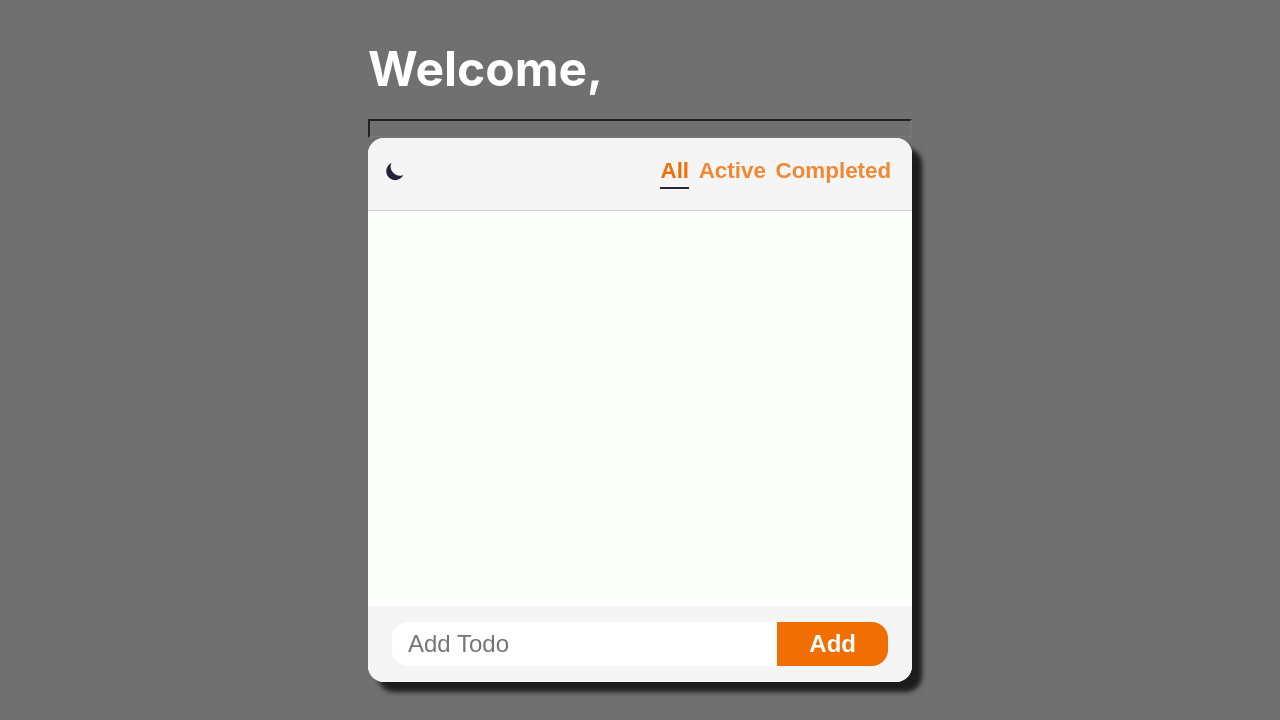
Repository: MrJinkyu/TodoList
Page: /
An editor plug-in stored every save of this project. The page is shown before and after the next save, followed by the edit.
The browser window is 1280 px wide. The pictures show the whole page.
The project was rebuilt for these pictures with package versions that can differ from the ones it lists, and the page was loaded fresh each time. Also part of the build but not shown: src/components/Todo.module.css, src/components/Todo.jsx.

Above is the page before, as saved 2023-05-01 16:12:40.

### src/index.js
import React from 'react';
import ReactDOM from 'react-dom/client';
import './index.css';
import App from './App';
import reportWebVitals from './reportWebVitals';
import Greeting from './components/Greeting';

const root = ReactDOM.createRoot(document.getElementById('root'));
root.render(
  <React.StrictMode>
    <Greeting/>
    <App />
  </React.StrictMode>
);

// If you want to start measuring performance in your app, pass a function
// to log results (for example: reportWebVitals(console.log))
// or send to an analytics endpoint. Learn more: https://bit.ly/CRA-vitals
reportWebVitals();

### src/index.css
:root{
  --color-body: #6f706f;
  --color-bg-dark:#f5f5f5;
  --color-bg: #fdfffd;
  --color-grey: #d1d1d1;
  --color-text: #22243b;
  --color-accent: #f16e03;
  --color-white: white;
  --color-scrollbar: #aaa7a7;
}

html.dark{
  --color-bg-dark: #1a1c35;
  --color-bg: #22243b;
  --color-grey: #4e4e4e;
  --color-text: #fdfffd;
}

*{
  box-sizing: border-box;
  padding: 0;
  margin: 0;
}

button{
  border: none;
  outline: none;
  cursor: pointer;
  background-color: transparent;
}

ul,li{
  list-style: none;
}

body {
  margin: 0;
  font-family: -apple-system, BlinkMacSystemFont, 'Segoe UI', 'Roboto', 'Oxygen',
    'Ubuntu', 'Cantarell', 'Fira Sans', 'Droid Sans', 'Helvetica Neue',
    sans-serif;
  -webkit-font-smoothing: antialiased;
  -moz-osx-font-smoothing: grayscale;
  width: 100vw;
  height: 100vh;
  display: flex;
  justify-content: center;
  align-items: center;
  background-color: var(--color-body);
  font-size: 1.2rem;
  accent-color: var(--color-accent);
}

code {
  font-family: source-code-pro, Menlo, Monaco, Consolas, 'Courier New',
    monospace;
}

::-webkit-scrollbar {
  width: 0.5rem
}

::-webkit-scrollbar-track {
  background-color: var(--color-bg-dark);
}

::-webkit-scrollbar-thumb {
  background-color: var(--color-scrollbar);
}

::-webkit-scrollbar-thumb:hover {
  background-color: var(--color-accent);
}

### src/App.js
import { useState } from "react";
import TodoList from "./components/TodoList";
import Header from "./components/Header";
import { DarkModeProvider } from "./context/DarkModeContext";
import './App.css';

const filters = ['all', 'active', 'completed'];
function App() {
  const [filter, setFilter] = useState(filters[0]);
  return (
    <div className="app">
    <DarkModeProvider>
      <Header filters={filters} filter={filter} onFilterChange={setFilter}/>
      <TodoList filter={filter}/>
    </DarkModeProvider>
    </div>
  );
}

export default App;

### src/components/Greeting.jsx
import React, { useEffect } from 'react';
import styles from './Greeting.module.css';

export default function Greeting() {
    const [name, setName] = ('');
    const handleChange = (e) => {
        setName(e.target.value);
    }
    useEffect(()=>{

    },[]);
    return (
        <>
        <h2 className={styles.greeting}>Welcome,</h2>
        <input
                type='text'
                className={styles.text}
                value={name}
                onChange={handleChange}
            />
        </>
    );
}

### src/components/TodoList.jsx
import React, { useEffect, useState } from 'react';
import AddTodo from './AddTodo';
import Todo from './Todo';
import styles from './TodoList.module.css';

export default function TodoList({filter}) {
    const [todos, setTodos] = useState(readTodo);
    const handleAdd = (todo) => {
        setTodos([...todos, todo]);
    }
    const handleUpdate = (updated) => {
        setTodos(todos.map((todo) => todo.id === updated.id ? updated : todo));
    }
    const handleDelete = (deleted) => {
        setTodos(todos.filter((todo) => todo.id !== deleted.id));
    }
    const filtered = getFilteredItems(todos, filter);

    useEffect(()=>{
        localStorage.setItem('todos',JSON.stringify(todos));
    },[todos]);
    return (
        <section className={styles.container}>
            <ul className={styles.list}>
                {filtered.map((item) => (
                    <Todo
                        key={item.id}
                        todo={item}
                        onUpdate={handleUpdate}
                        onDelete={handleDelete}
                    />
                ))}
            </ul>
            <AddTodo onAdd={handleAdd}/>
        </section>
    );
}

function getFilteredItems(todos, filter){
    if(filter === 'all'){
        return todos;
    }
    return todos.filter((todo) => todo.status === filter);
}

function readTodo(){
    const todos = localStorage.getItem('todos');
    return todos ? JSON.parse(todos) : [];
}

### src/components/Header.jsx
import React from 'react';
import styles from './Header.module.css';
import { useDarkMode } from '../context/DarkModeContext';
import { HiMoon, HiSun } from 'react-icons/hi';

export default function Header({filters, filter, onFilterChange}) {
    const {darkMode, toggleDarkMode} = useDarkMode();

    return (
        <header className={styles.header}>
            <button className={styles.toggle} onClick={toggleDarkMode}>
                {!darkMode && <HiMoon></HiMoon>}
                {darkMode && <HiSun></HiSun>}
            </button>
            <ul className={styles.filters}>
                {filters.map((value,index) => (
                    <li key={index}>
                        <button
                            onClick={() => onFilterChange(value)}
                            className={`${styles.filter} ${filter === value && styles.selected}`}
                        >
                            {value}
                        </button>
                    </li>
                ))}
            </ul>
        </header>
    );
}

### src/context/DarkModeContext.jsx
const { createContext, useState, useContext } = require("react");

const DarkModeContext = createContext();

export function DarkModeProvider({children}){
    const [darkMode, setDarkMode] = useState(false);
    const toggleDarkMode = () => {
        setDarkMode(!darkMode);
        updateDarkMode(!darkMode);
    }

    return (
        <DarkModeContext.Provider value={{darkMode, toggleDarkMode}}>
            {children}
        </DarkModeContext.Provider>
    )
}

export const useDarkMode = () => useContext(DarkModeContext);

function updateDarkMode(darkMode){
    if(darkMode){
        document.documentElement.classList.add('dark');
    }else{
        document.documentElement.classList.remove('dark');
    }
}

### src/App.css
.app{
    overflow: hidden;
    display: flex;
    flex-direction: column;
    width: 34rem;
    height: 34rem;
    background-color: var(--color-bg);
    border-radius: 1rem;
    box-shadow: 10px 10px 5px 0px rgba(0,0,0,0.75);
  -webkit-box-shadow: 10px 10px 5px 0px rgba(0,0,0,0.75);
  -moz-box-shadow: 10px 10px 5px 0px rgba(0,0,0,0.75);
  }

### src/components/Greeting.module.css
.greeting{
    color: var(--color-white);
    font-size: 3rem;
    margin-bottom: 1rem;
    display: flex;
}

.text{
    width: 100%;
    background-color: transparent;
    color: var(--color-white);
}

### src/components/AddTodo.jsx
import React, { useState } from 'react';
import {v4 as uuidv4} from 'uuid';
import styles from './AddTodo.module.css';

export default function AddTodo({onAdd}) {
    const [text, setText] = useState('');
    const handleChange = (e) => {
        setText(e.target.value);
    }
    const handleSubmit = (e) => {
        e.preventDefault();
        if(text.trim().length === 0){
            return ;
        }
        onAdd({ id: uuidv4(), text, status: 'active' });
        setText('');
    }
    return (
        <form className={styles.form} onSubmit={handleSubmit}>
            <input
                className={styles.input}
                type="text"
                value={text}
                onChange={handleChange}
                placeholder='Add Todo'
            />
            <button className={styles.button}>Add</button>
        </form>
    );
}

### src/components/TodoList.module.css
.container{
    height: 100%;
    display: flex;
    flex-direction: column;
    min-height: 0;
}

.list{
    flex: 1 1 auto;
    padding: 0.7rem 1rem;
    overflow-y: auto;
}

### src/components/Header.module.css
.header{
    background-color: var(--color-bg-dark);
    display: flex;
    justify-content: space-between;
    align-items: center;
    padding: 1rem;
    border-bottom: 1px solid var(--color-grey);
}

.toggle{
    font-size: 1.4rem;
    color: var(--color-text);
    transition: all 150ms ease-out;
}

.toggle:hover{
    color: var(--color-accent);
    transform: scale(1.1);
}

.filters{
    display: flex;
}

.filter{
    margin: 0.3rem;
    font-size: 1.4rem;
    color: var(--color-accent);
    font-weight: bold;
    opacity: 0.8;
    text-transform: capitalize;
}

.filter:hover,
.filter.selected{
    opacity: 1;
}

.filter.selected::after{
    content: '';
    display: block;
    margin-top: 0.2rem;
    border: 1px solid var(--color-text);
}

### src/components/AddTodo.module.css
.form{
    width: 100%;
    display: flex;
    padding: 1rem 1.5rem;
    background-color: var(--color-bg-dark);
}

.input{
    font-size: 1.5rem;
    border: none;
    outline: none;
    padding: 0.5rem 1rem;
    flex: 1 0 auto;
    border-top-left-radius: 1rem;
    border-bottom-left-radius: 1rem;
}

.button{
    padding: 0 2rem;
    font-size: 1.5rem;
    font-weight: bold;
    background-color: var(--color-accent);
    color: var(--color-white);
    border-top-right-radius: 1rem;
    border-bottom-right-radius: 1rem;
}

.button:hover{
    filter: brightness(125%);
}

Loaded but not shown: public/index.html (common file); src/reportWebVitals.js (common file)

After the next save:
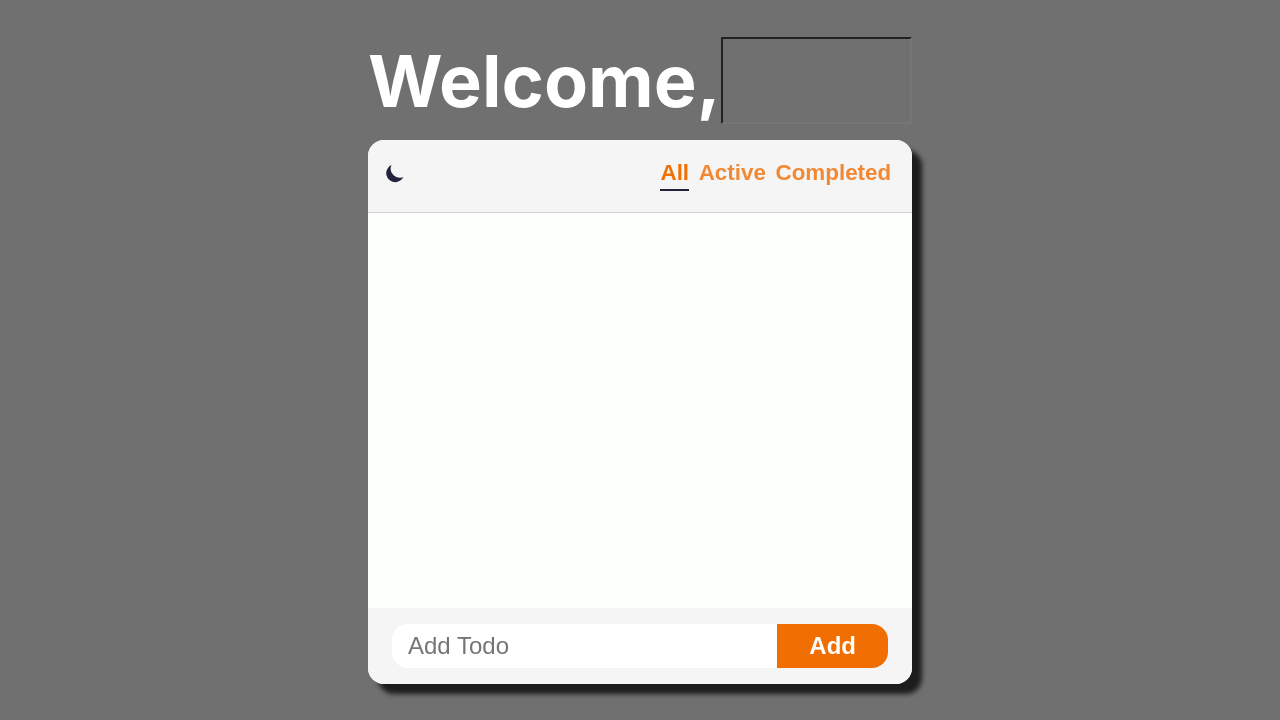
Saved 32 s later.
--- a/src/components/Greeting.jsx
+++ b/src/components/Greeting.jsx
@@ -10,14 +10,14 @@ export default function Greeting() {
 
     },[]);
     return (
-        <>
-        <h2 className={styles.greeting}>Welcome,</h2>
-        <input
+        <div className={styles.greeting}>
+            <h2>Welcome,</h2>
+            <input
                 type='text'
                 className={styles.text}
                 value={name}
                 onChange={handleChange}
             />
-        </>
+        </div>
     );
 }
